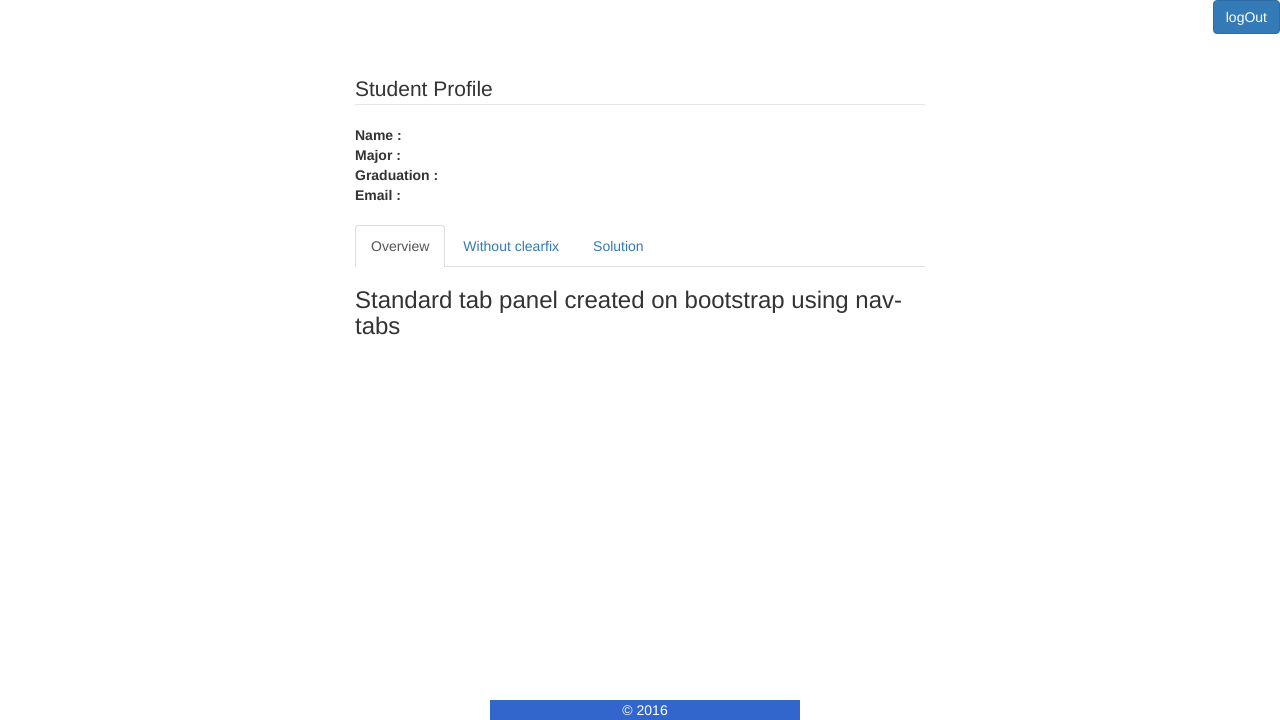
Repository: merlynfrank/AcademicProjects
Page: http://localhost/studenthome
These files come from the project's save history. The page is drawn as it stood at one moment and after the next save; the edit follows.
The browser window is 1280 px wide. The pictures show the whole page.
The page is this project's Thymeleaf template; nobody is signed in. The template is opened directly, without the code that normally fills it, so the values that code supplies are empty.

Above is the page before, as saved 2018-12-01 00:55:23.

After the next save:
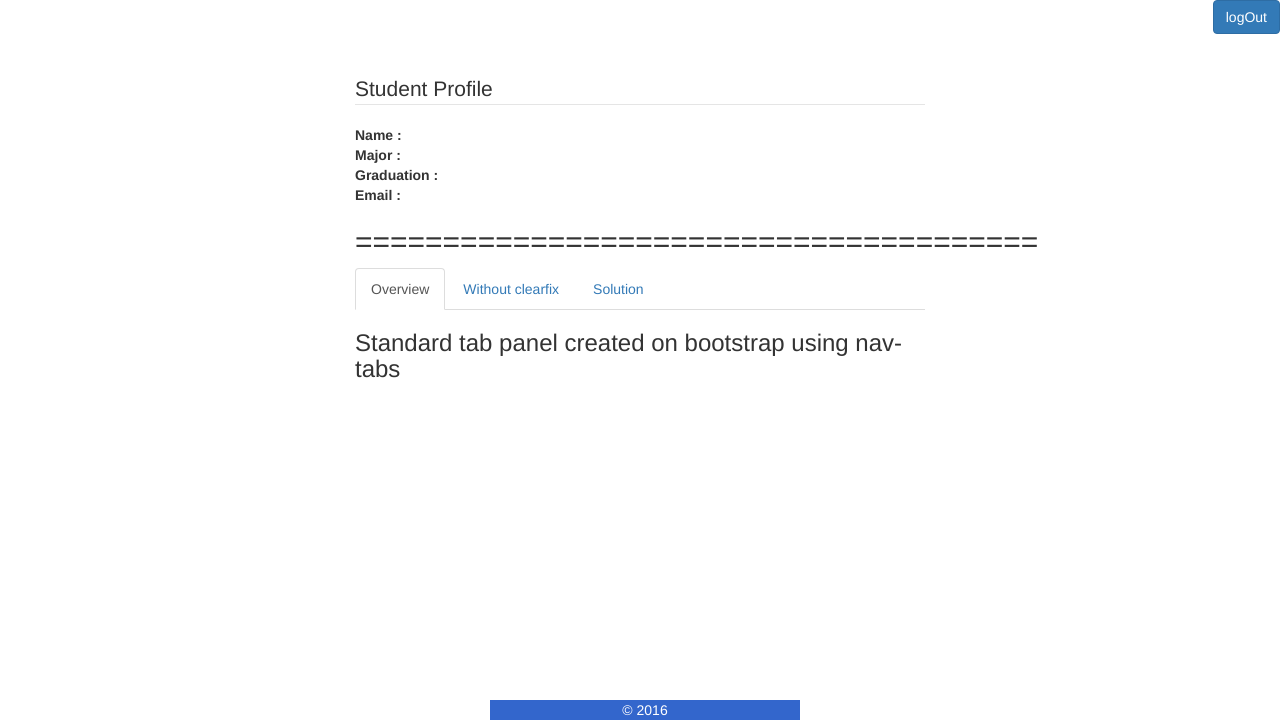
Saved 21 s later.
--- a/smith-is-internship/src/main/resources/templates/studenthome.html
+++ b/smith-is-internship/src/main/resources/templates/studenthome.html
@@ -94,7 +94,7 @@ background-color: #f1f1f1;
 	</div>
 
 	<!-- Table for Search jobs and Applied jobs -->
-	<div class="container"><h2></h2></div>
+	<div class="container"><h2>=======================================</h2></div>
 
 <div id="exTab2" class="container">
 <ul class="nav nav-tabs">
